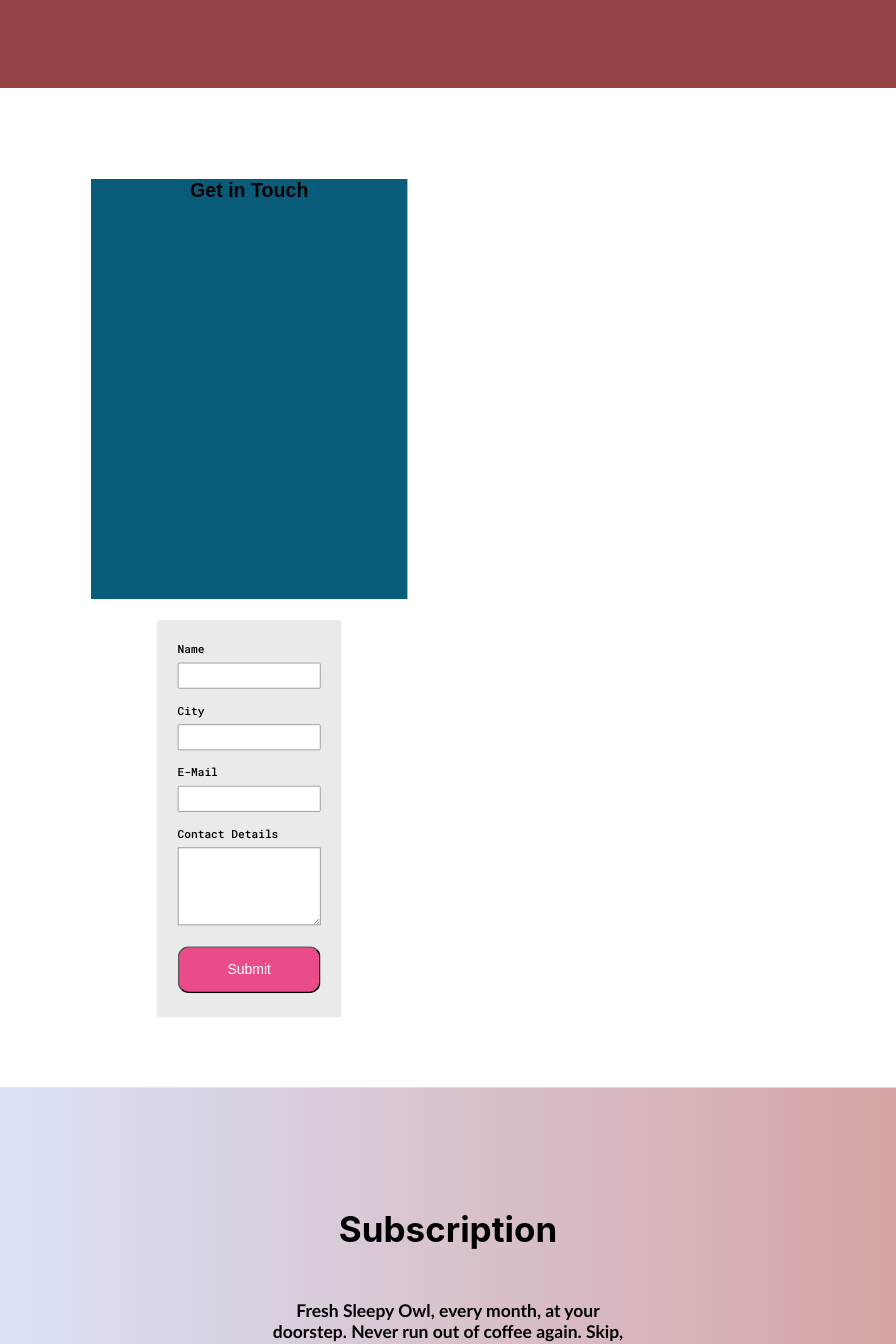
Repository: tusharpasricha/owlsomecoffee
Page: /
The author's editor kept a copy of each file at every save. The page is drawn from the files as they stood at one save, then again after the next save.
The browser window is 1280 px wide. The pictures show the part of the page from y = 3684 to 5604 px (the page is 6016 px tall before and 5425 px after), at 70% of full size.
Some web fonts or font styles are not loaded; a fallback is used. The project was rebuilt for these pictures with package versions that can differ from the ones it lists, and the page was loaded fresh each time.

Above is the page before, as saved 2021-09-27 21:48:07.

### src/App.js

//import './App.css';
import Navbar from './components/navbar';
import Bar from './components/bar';
import Subs from './components/subscription';
import Review from './components/review';
import Coupons from './components/coupons';
import Order from './components/order';

import Giftboxes from './components/giftboxes';
import Location from './components/location';
import Deal from './components/deal';
import Beforefootor from './components/beforefootor';
import Footor from './components/footor';
import Blank from './components/blank';
import Contact from './components/contact'










function App() {
  return (
    <div className="App">
     <Navbar></Navbar>
     <Blank></Blank>
     <Bar></Bar>
     <Review></Review>
     <Order></Order>
     <Location></Location>
     <Deal></Deal>
     <Giftboxes></Giftboxes>
     <Coupons></Coupons>
     <Contact></Contact>
     <Subs></Subs>
     <Beforefootor></Beforefootor>
    <Footor></Footor>
    </div>
  );
}

export default App;

### src/components/navbar.js
import React from 'react'
import './navbar.css'
import {animateScroll as scroll} from 'react-scroll';
const Navbar = () => {
    return (
      <header className="mobileNav">
    <div className="nav">
<ul className="options">
  <li onClick={(()=> scroll.scrollToTop())}>
  Top</li>
  <li><a href="default.asp">Shop</a></li>
  <li><a href="news.asp">News</a></li>
  <li><a href="contact.asp">Contact</a></li>
  <li><a href="about.asp">Reviews</a></li>
</ul>
    </div>
    </header>
    )
}

export default Navbar

### src/components/bar.js
import React from 'react';
import {Link} from 'react-scroll';
import './bar.css';
import order from './order.jpg';
import deal from './deal.jpg';
import location from './location.jpg';
import coupon from './coupon.jpg';
import gift from './gift.jpg';
import review from './review.jpg';
import subscription from './subscription.png';
import logo from './logo.jfif';

const Bar = () => {
    return (
        <div className="bar">
<ul>
  <li> <img src={subscription}></img> <Link to="order" smooth={true} duration={1000}>ORDER</Link></li>
  <li><img src={deal}></img> <Link to="deal" smooth={true} duration={1000}>DEAL</Link></li>
  <li><img src={location}></img> <Link to="location" smooth={true} duration={1000}>LOCATION</Link></li>
  <li><img src={gift}></img> <Link to="giftboxes" smooth={true} duration={1000}>GIFT BOXES</Link></li>
  <li><img src={coupon}></img> <Link to="coupons" smooth={true} duration={1000}>COUPONS</Link></li>
  <li><img src={logo}></img> <Link to="contact" smooth={true} duration={1000}>CONTACT</Link></li>
  <li><img src={review}></img> <Link to="reviews" smooth={true} duration={1000}>REVIEWS</Link></li>
  <li><img src={subscription}></img> <Link to="subs" smooth={true} duration={1000}>SUBSCRIPTION</Link></li>

</ul>
        </div>
    )
}

export default Bar

### src/components/subscription.js
import React from 'react'
import './subscription.css';

const Subs = () => {
    return (

        <div className="subs" id="subs">
        <section>
        <h1>Subscription</h1>
        <p>Fresh Sleepy Owl, every month, at your doorstep. Never run out of coffee again. Skip, pause or cancel your subscription at anytime.</p>
        </section>

        </div>

    )
}

export default Subs

### src/components/review.js
import React from 'react';
import './review.css';

const Review = () => {
    return (
        <div className="reviews" to="reviews">
        <section>
        <h1>REVIEWS</h1>
        <p>Fresh Sleepy Owl, every month, at your doorstep. Never run out of coffee again. Skip, pause or cancel your subscription at anytime.</p>
        </section>
        </div>
    )
}

export default Review

### src/components/coupons.js
import React from 'react';
import './coupons.css';

const Coupons = () => {
    return (
        <div className="coupons" to="coupons">
             <section>
        <h1>COUPONS</h1>
        <p>Fresh Sleepy Owl, every month, at your doorstep. Never run out of coffee again. Skip, pause or cancel your subscription at anytime.</p>
        </section>
        </div>
    )
}

export default Coupons

### src/components/order.js
import React from 'react';
import './order.css';

const Order = () => {
    return (
        <div className="order" to="order" >
             <section>
        <h1>ORDER</h1>
        <p>Fresh Sleepy Owl, every month, at your doorstep. Never run out of coffee again. Skip, pause or cancel your subscription at anytime.</p>
        </section>
        </div>
    )
}

export default Order

### src/components/giftboxes.js
import React from 'react';
import './giftboxes.css';

const Giftboxes = () => {
    return (
        <div className="giftboxes" to="giftboxes">
             <section>
        <h1>GIFTBOXES</h1>
        <p>Fresh Sleepy Owl, every month, at your doorstep. Never run out of coffee again. Skip, pause or cancel your subscription at anytime.</p>
        </section>
        </div>
    )
}

export default Giftboxes

### src/components/location.js
import React from 'react';
import './location.css';

const Location = () => {
    return (
        <div className="location" to="location">
             <section>
        <h1>LOCATION</h1>
        <p>Fresh Sleepy Owl, every month, at your doorstep. Never run out of coffee again. Skip, pause or cancel your subscription at anytime.</p>
        </section>
        </div>
    )
}

export default Location

### src/components/deal.js
import React from 'react';
import './deal.css';

const Deal = () => {
    return (
        <div className="deal" to="deal">
             <section>
        <h1>DEAL</h1>
        <p>Fresh Sleepy Owl, every month, at your doorstep. Never run out of coffee again. Skip, pause or cancel your subscription at anytime.</p>
        </section>
        </div>
    )
}

export default Deal

### src/components/beforefootor.js
import React from 'react'
import './beforefootor.css'

const Beforefootor = () => {

    return (
        <div className="beforefootor">
            <section className="info">
                <div className="infopart">
                <p className="tag">Social</p>
                <p className="value">YOUTUBE</p>
                <p className="value">INSTAGRAM</p>
                <p className="value">FACEBOOK</p>
                <p className="value">TWITTER</p>
                </div>
            </section>
            <section className="info">
            <div className="infopart">
                <p className="tag">Contact</p>
                <p className="value">+91 7906438792</p>
                <p className="value">owlsome@gmail.com</p>
                </div>
            </section>
            {/* <section className="info">
                <div className="infopart">
                <p className="tag">Twitter</p>
                <p className="value">Sirjohnson</p>
                </div>
                <div className="infopart">
                <p className="tag">INSTAGRAM</p>
                <p className="value">sirjohnson_socks</p>
                </div>
                <div className="infopart">
                <p className="tag">FACEBOOK</p>
                <p className="value">Sir Johnson Socks</p>
                </div>
            </section> */}


        </div>
    )
}

export default Beforefootor

### src/components/footor.js
import React from 'react'
import './footor.css'

const Footor = () => {
    return (
        <div className="footor">
                owlsome
        </div>
    )
}

export default Footor

### src/components/blank.js
import React from 'react';
import './blank.css';

const Blank = () => {
    return (
        <div className="blank" to="blank">

        </div>
    )
}

export default Blank

### src/components/contact.js
import React from "react";
// import emailjs from 'emailjs-com';
import './contact.css';
// function sendEmail(e){
//     e.preventDefault();
//     console.log('submited')
//     alert("Thank you for your response")

//     emailjs.sendForm('service_v5j0w57', 'template_jckj8km', e.target, 'user_RQy2NQAr1UeMOoaw4Cpgi')
//       .then((result) => {
//           console.log(result.text);
//       }, (error) => {
//           console.log(error.text);
//       });
//       e.target.reset()
// }
const Contact = () => {
    return (
        <>
            <section className="getintouch" to="contact">
                <h2>Get in Touch</h2>
                <form   >
                    <label htmlFor="name">Name</label>
                    <input type="text" name="name"/>
                    <label htmlFor="City">City</label>
                    <input type="text" name="city"/>
                    <label htmlFor="email">E-Mail</label>
                    <input type="email" name="email"/>
                    <label>Contact Details</label>
                    <textarea  rows="7" cols="100"  name="message" ></textarea>
                    <button type="submit">Submit</button>
                </form>
            </section>

            </>
    );
    }
export default Contact;

### src/components/navbar.css


.nav{
    position: fixed;
    background-color: rgb(255, 255, 255);
    display: flex;
    justify-content: center;
    height: 60px;
    width: 100%;
    align-items: center;

}
ul{

     display: flex;
     list-style-type: none;
     justify-content: center;
     padding: 2px;
 }
 li{
     padding-right: 40px;
     padding-left: 40px;
 }
 a{
     text-decoration: none;
     color: black;
 }

### src/components/bar.css

.bar{
    background-color: rgba(209, 94, 94, 0.74);
    display: flex;
    justify-content: center;
    height: 150px;
    width: 100%;
    align-items: center;
    background-image: linear-gradient(to right,#ddd6f3,#faaca8);
}
ul{
     display: flex;
     list-style-type: none;
     justify-content: center;
     padding: 2px;
 }
 li{
     display: flex;
     flex-direction: column;
     padding-right: 30px;
     padding-left: 30px;
     text-align: center;

 }
 a{
     text-decoration: none;
     color: black;
 }
img{

    height: 80px;
    width: 80px;
    border-radius: 30px;
}

### src/components/subscription.css
.subs{
    display: flex;
    justify-content: center;
    background-color: rgb(252, 188, 200);
    height: 500px;
    background-image: linear-gradient(to right,#dae2f8,#d6a4a4);
}
section{

    flex-direction: column;
    padding: 100px;
    width: 40%;

}
h1{
    font-size: 50px;
    text-align: center;
    font-weight: bolder;
    padding: 30px;
}
p{
    font-family: 'Trebuchet MS', 'Lucida Sans Unicode', 'Lucida Grande', 'Lucida Sans', Arial, sans-serif;
    text-align: center;
    font-weight: bold;
    font-size: 25px;
}

### src/components/review.css
.reviews{
    background-image: linear-gradient(to right, #000428,#004e92);
    background-color:rgb(0, 0, 0);
    color: white;
    height: 600px;
}

### src/components/coupons.css
.coupons{
    background-color:rgb(148, 68, 68);
    height: 600px;
}

### src/components/order.css
.order{
    background-color:rgb(45, 173, 131);
    height: 600px;
}

### src/components/giftboxes.css
.giftboxes{
    background-color:rgb(121, 8, 8);
    height: 600px;
}

### src/components/location.css
.location{
    background-color:rgb(121, 8, 93);
    height: 600px;
}

### src/components/deal.css
.deal{
    background-color:rgb(8, 19, 121);
    height: 600px;
}

### src/components/beforefootor.css
/* @import url('https://fonts.googleapis.com/css2?family=Style+Script&display=swap'); */

.beforefootor{
    background-image: linear-gradient(to right, #000428,#004e92);

    display: flex;
}

.info{
    color: rgba(255, 255, 255, 0.849);
    width: 33.333%;
    text-align: center;
    padding: 10PX;

}

.tag{
    color:rgba(255, 255, 255, 0.918);
    font-family: 'Trebuchet MS', 'Lucida Sans Unicode', 'Lucida Grande', 'Lucida Sans', Arial, sans-serif;
}
.value{
 color: rgba(255, 255, 255, 0.87);
 font-family: 'Trebuchet MS', 'Lucida Sans Unicode', 'Lucida Grande', 'Lucida Sans', Arial, sans-serif;
 font-size: 15px;
}

### src/components/footor.css
@import url('https://fonts.googleapis.com/css2?family=Style+Script&display=swap');

.footor{
    padding: 5px;
    margin-top: 2px;
    text-align: center;
    color: white;
    background-color: black;
    font-Family: 'Style Script';
  font-size: 30px;
  }

### src/components/blank.css
.blank{
    background-color:rgb(207, 162, 162);
    height: 60px;
}

### src/components/contact.css
@import url('https://fonts.googleapis.com/css2?family=Roboto+Mono:wght@500&display=swap');

.getintouch h2{
    text-align: center;
    margin: 30px;
    font-family: 'Russo One', sans-serif;
    color: #000;
    font-size: 28px;
    background-color:rgb(8, 92, 121);
    height: 600px;
}

form {
    /* border: 2px solid coral; */
    width: 40%;
    margin: auto;
    display: flex;
    flex-direction: column;
    padding: 30px;
    background:  #eaeaea;
    border-radius: 5px;
    font-family: 'Roboto Mono', monospace;
    border-color: #d0d0d0;
    color: #000;
}

form label {
    margin-bottom: 10px;
}

form input {
    margin-bottom: 20px;
    padding: 10px 10px;
    border: 1px solid grey;
    border-radius: 2px;
    background: #fff;
    color: #000;
}

form textarea {
    margin-bottom: 30px;
    background: #fff;
}


form button {
    padding: 20px 10px;
    font-size: 20px;
    margin-bottom: 5px;
    background-color: #ea4c89;
    color: #fff;
    cursor: pointer;
    border-radius: 1rem;
}
form button:hover{
    color: black;
    background-color: white;
}

Loaded but not shown: public/index.html (common file); src/index.js (common file); src/index.css (common file)

After the next save:
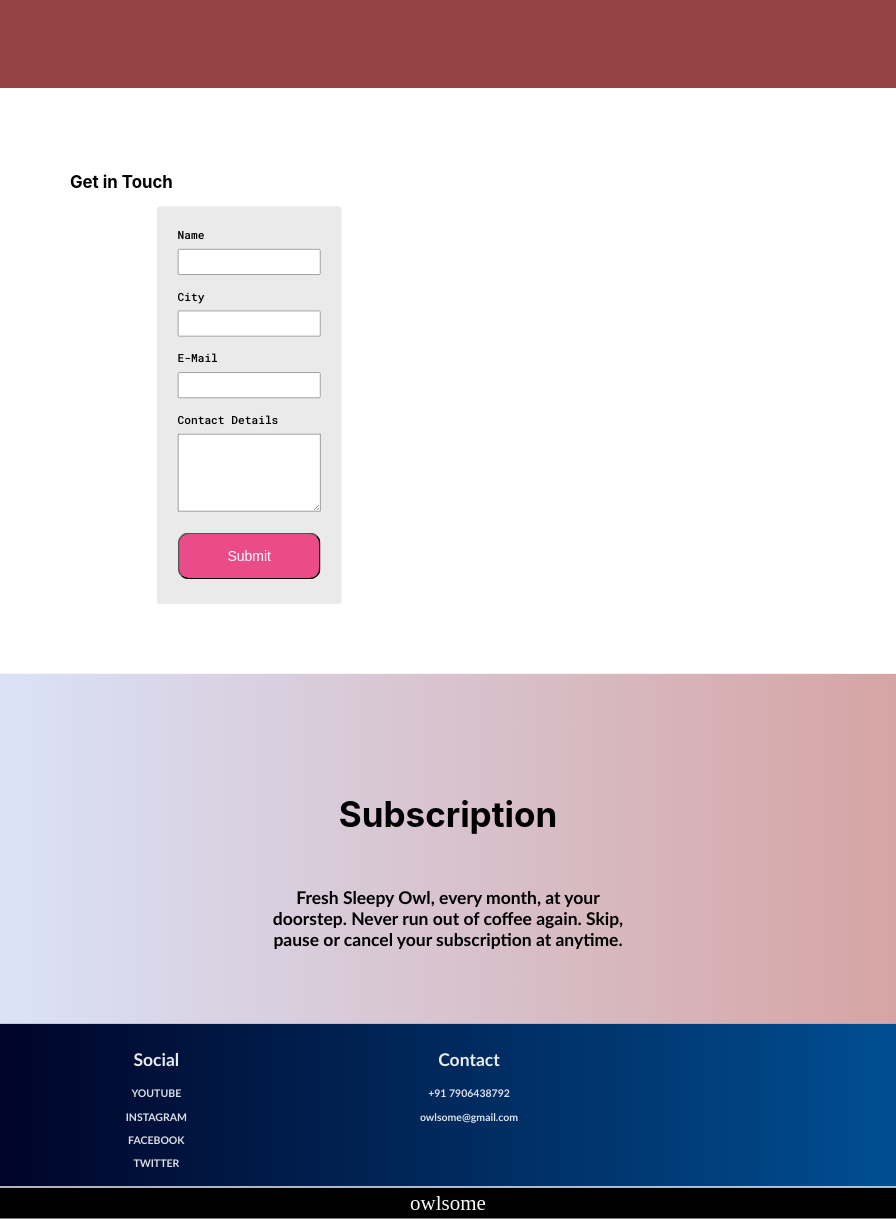
Saved 43 s later.
--- a/src/components/contact.js
+++ b/src/components/contact.js
@@ -17,9 +17,9 @@ import './contact.css';
 const Contact = () => {
     return (
         <>
-            <section className="getintouch" to="contact">
+            <section className="contact" to="contact">
                 <h2>Get in Touch</h2>
-                <form   >
+                <form >
                     <label htmlFor="name">Name</label>
                     <input type="text" name="name"/>
                     <label htmlFor="City">City</label>

After the save that followed:
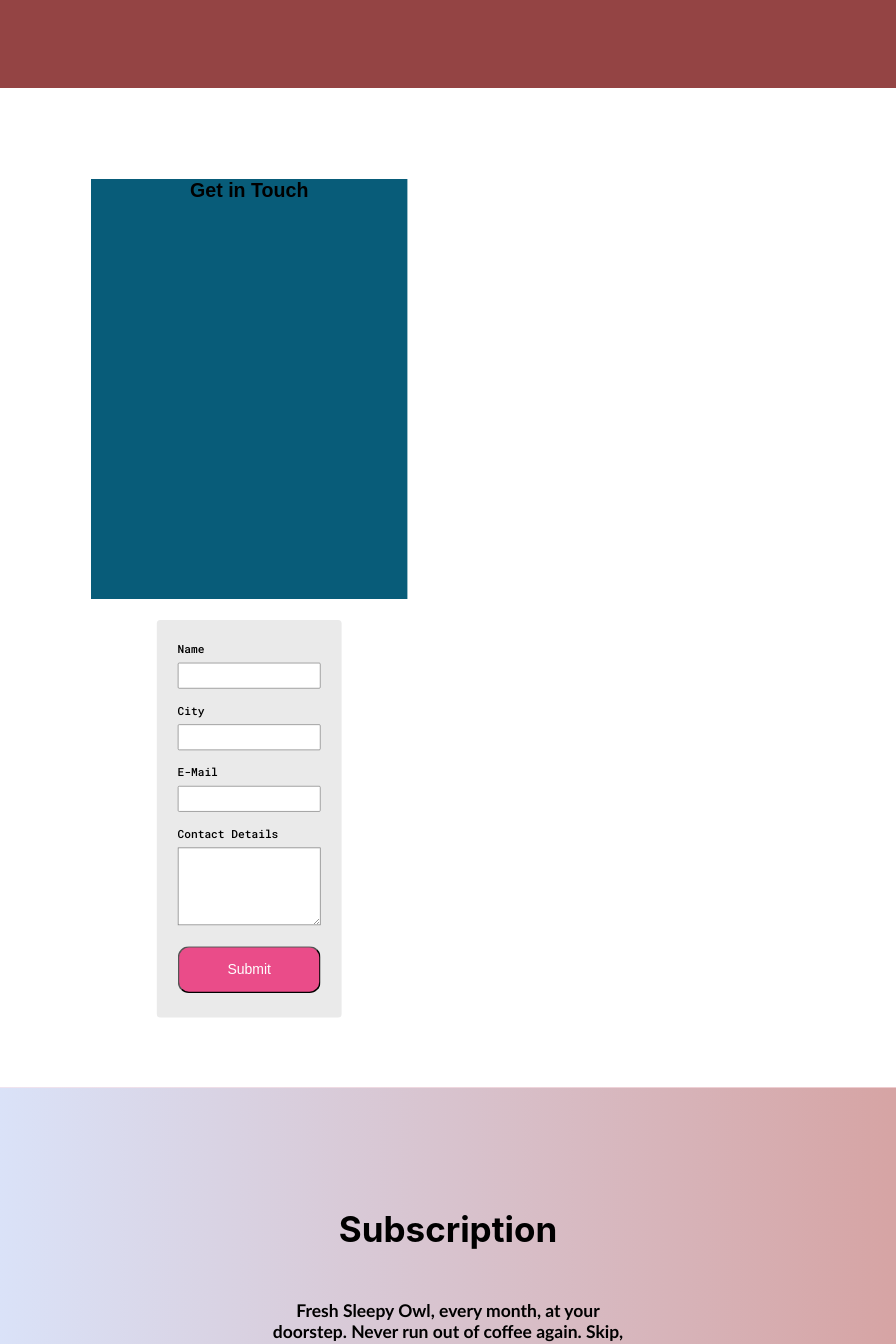
Saved 13 s later.
--- a/src/components/contact.css
+++ b/src/components/contact.css
@@ -1,6 +1,6 @@
 @import url('https://fonts.googleapis.com/css2?family=Roboto+Mono:wght@500&display=swap');
 
-.getintouch h2{
+.contact h2{
     text-align: center;
     margin: 30px;
     font-family: 'Russo One', sans-serif;
